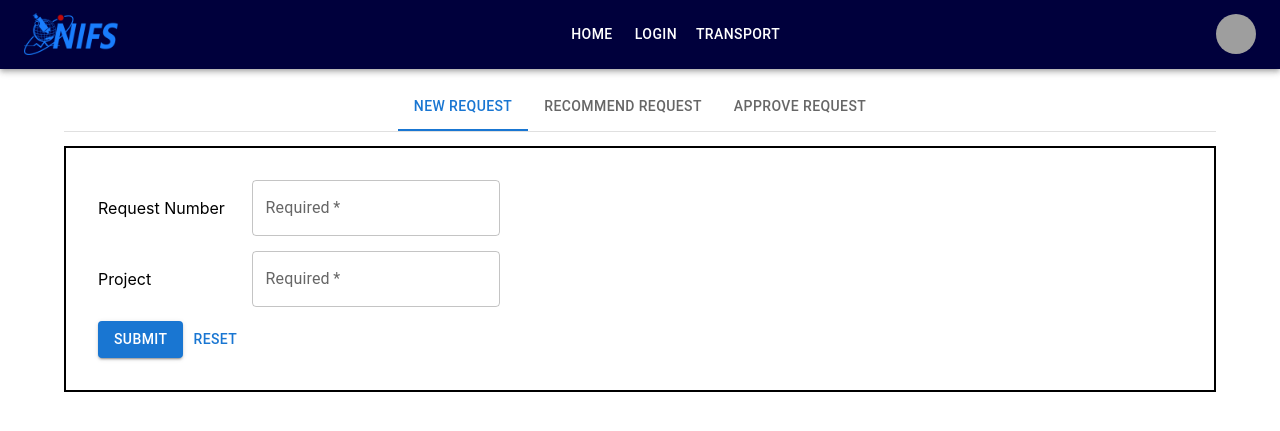
Repository: Ravindu97/NIFS_WebApplication
Page: /transport (app in client/)
The author's editor kept a copy of each file at every save. The page is drawn from the files as they stood at one save, then again after the next save.
The browser window is 1280 px wide. The pictures show the whole page.
Pictures or frames that could not be fetched are drawn as grey boxes. The project was rebuilt for these pictures with package versions that can differ from the ones it lists, and the page was loaded fresh each time. Also part of the build but not shown: client/src/pages/Home.js, client/src/pages/Login.js, client/src/components/Transport/RecommendedRequest.js, client/src/components/Transport/ApproveRequest.js.

Above is the page before, as saved 2022-06-30 23:00:37.

After the next save:
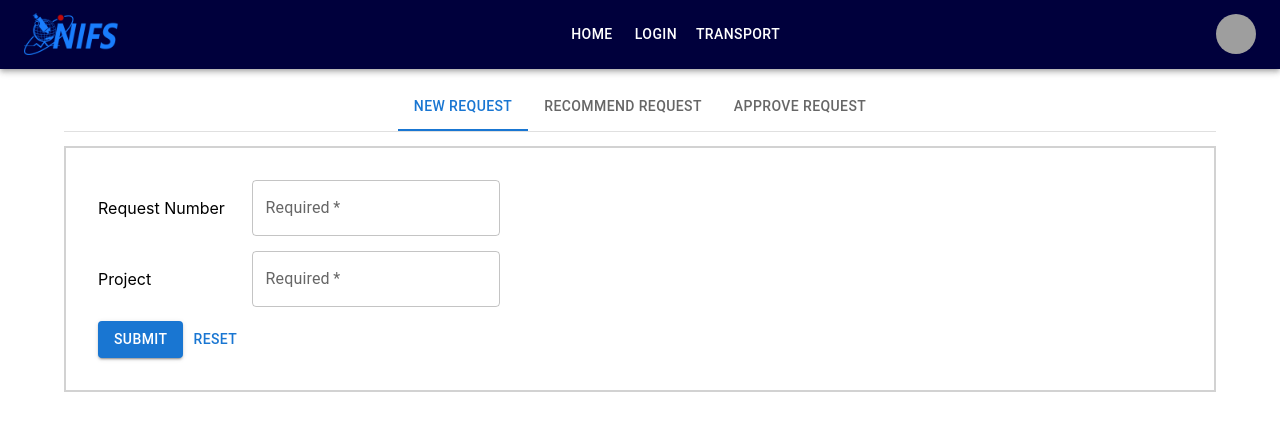
Saved 50 s later.
--- a/client/src/index.css
+++ b/client/src/index.css
@@ -39,7 +39,7 @@ body {
 /* form area */
 
 .form-area{
-  border: 2px solid ;
+  border: 2px solid #d2d2d2;
   padding: 2rem;
 }
 
